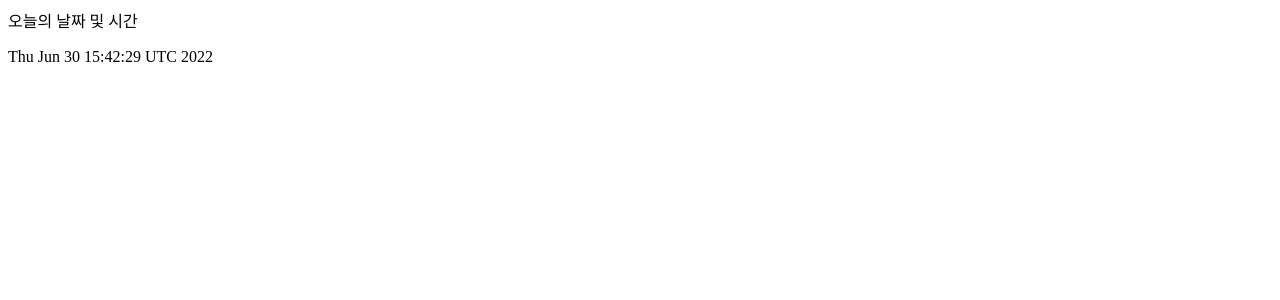
Repository: ekslffh/jsp-project
Page: http://localhost/JSPBook/ch04/param02.jsp
The author's editor kept a copy of each file at every save. The page is drawn from the files as they stood at one save, then again after the next save.
The browser window is 1280 px wide. The pictures show the whole page.
The page is served by Tomcat 9. Other server files are loaded and not shown.

Above is the page before, as saved 2022-07-05 13:24:41.

### JSPBook/src/main/webapp/ch04/param02.jsp
<%@ page contentType="text/html; charset=utf-8"%>
<html>
<head>
<title>Action Tag</title>
</head>
<body>
	<p>오늘의 날짜 및 시간</p>
	<p><%= (new java.util.Date()) %></p>
</body>
</html>

After the next save:
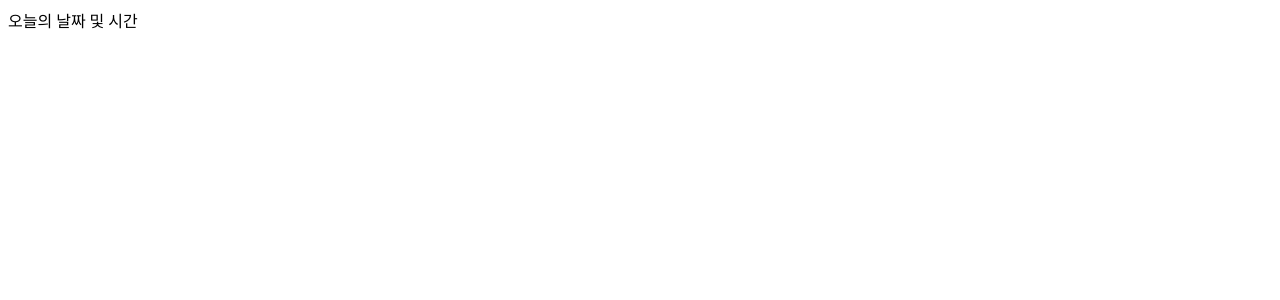
Saved 117 s later.
--- a/JSPBook/src/main/webapp/ch04/param02.jsp
+++ b/JSPBook/src/main/webapp/ch04/param02.jsp
@@ -5,6 +5,6 @@
 </head>
 <body>
 	<p>오늘의 날짜 및 시간</p>
-	<p><%= (new java.util.Date()) %></p>
+
 </body>
 </html>

After the save that followed:
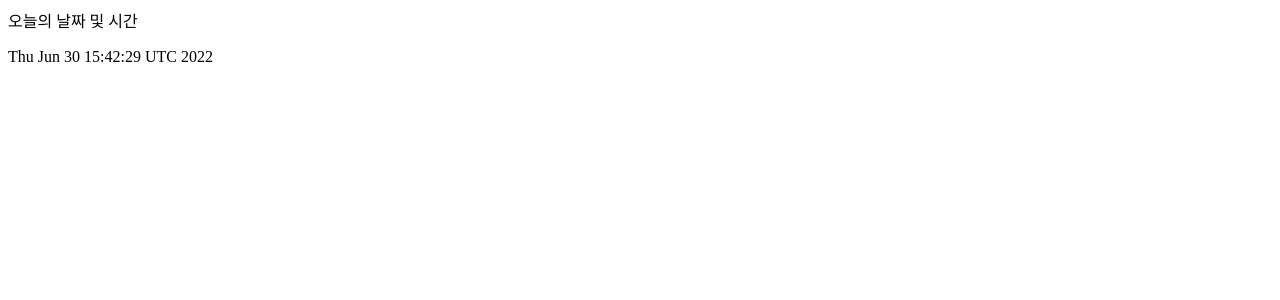
Saved 78 s later.
--- a/JSPBook/src/main/webapp/ch04/param02.jsp
+++ b/JSPBook/src/main/webapp/ch04/param02.jsp
@@ -5,6 +5,6 @@
 </head>
 <body>
 	<p>오늘의 날짜 및 시간</p>
-
+	<p><%= (new java.util.Date()) %></p>
 </body>
 </html>
